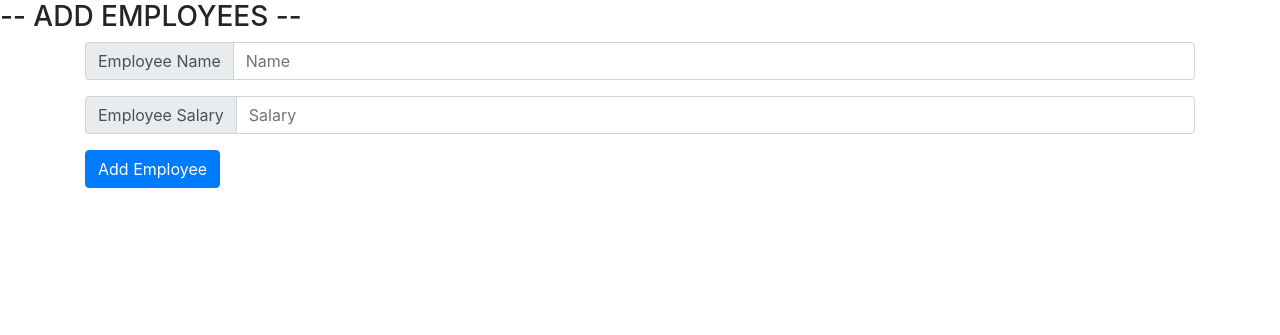
Repository: anikshaShetty/spring-boot
Page: Desktop/test1/springbootemp/src/main/resources/static/view.html
These files come from the project's save history. The page is drawn as it stood at one moment and after the next save; the edit follows.
The browser window is 1280 px wide. The pictures show the whole page.

Above is the page before, as saved 2020-02-15 08:54:16.

After the next save:
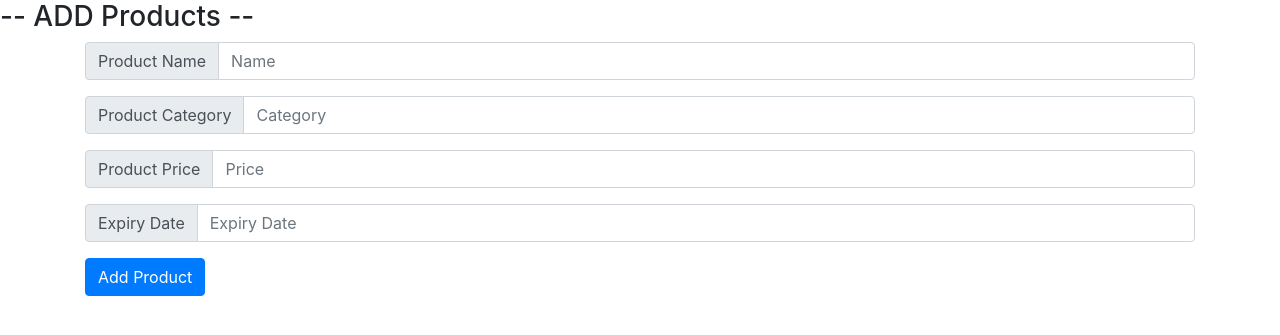
Saved 71 s later.
--- a/Desktop/test1/springbootemp/src/main/resources/static/view.html
+++ b/Desktop/test1/springbootemp/src/main/resources/static/view.html
@@ -2,31 +2,50 @@
 <html>
 <head>
 <meta charset="ISO-8859-1">
-<title>Employee Info Display Page</title>
+<title>Product Info Display Page</title>
     <link rel="stylesheet" href="https://stackpath.bootstrapcdn.com/bootstrap/4.4.1/css/bootstrap.css" />
 </head>
 <body>
- <h3>-- ADD EMPLOYEES --</h3>
+ <h3>-- ADD Products --</h3>
     <div class="container">
 
         <div class="input-group mb-3">
             <div class="input-group-prepend">
-                <span class="input-group-text" id="basic-addon1">Employee Name</span>
+                <span class="input-group-text" id="basic-addon1">Product Name</span>
             </div>
             <input id="name" type="text" class="form-control" placeholder="Name" aria-label="Username"
                 aria-describedby="basic-addon1">
         </div>
+
+         <div class="input-group mb-3">
+            <div class="input-group-prepend">
+                <span class="input-group-text" id="basic-addon1">Product Category</span>
+            </div>
+            <input id="category" type="text" class="form-control" placeholder="Category" aria-label="Username"
+                aria-describedby="basic-addon1">
+        </div>
+
+
+
           <div class="input-group mb-3">
             <div class="input-group-prepend">
-                <span class="input-group-text" id="basic-addon1">Employee Salary</span>
+                <span class="input-group-text" id="basic-addon1">Product Price</span>
             </div>
-            <input id="salary" type="number" class="form-control" placeholder="Salary" aria-label="Username"
+            <input id="price" type="number" class="form-control" placeholder="Price" aria-label="Username"
+                aria-describedby="basic-addon1">
+        </div>
+
+        <div class="input-group mb-3">
+            <div class="input-group-prepend">
+                <span class="input-group-text" id="basic-addon1">Expiry Date</span>
+            </div>
+            <input id="date" type="text" class="form-control" placeholder="Expiry Date" aria-label="Username"
                 aria-describedby="basic-addon1">
         </div>
 
         <div class="input-group mb-3">
 
-            <button id="employeeadd" class="btn btn-primary">Add Employee</button>
+            <button id="productadd" class="btn btn-primary">Add Product</button>
         </div>
 
     </div>
@@ -34,9 +53,9 @@
     <script src="https://code.jquery.com/jquery-3.4.1.js"></script>
 
     <script>
-	$("#employeeadd").click(()=>{
+	$("#productadd").click(()=>{
 		console.log($('#name').val())
-		var employee = {name:$('#name').val(), salary:$('#salary').val() }
+		var employee = {name:$('#name').val(),category: $('#category').val(), price:$('#price').val(),date:$('#date') }
 		console.log(employee);
 
 		/* $.post("api/courses",
@@ -45,14 +64,14 @@
 				    alert("Data: " + data + "\nStatus: " + status);
 				  }); */
 		$.ajax({
-  		  url: 'api/employees',
+  		  url: 'api/products',
   		  method: 'POST',
 	  		dataType: 'json',
 	        contentType: 'application/json',
-  		  data: JSON.stringify(employee)
+  		  data: JSON.stringify(product)
   		}).done(function() {
-  		 console.log('Employee added!!')
-  		 alert('Employee added!!');
+  		 console.log('Product added!!')
+  		 alert('Product added!!');
   		});
 	})
 
